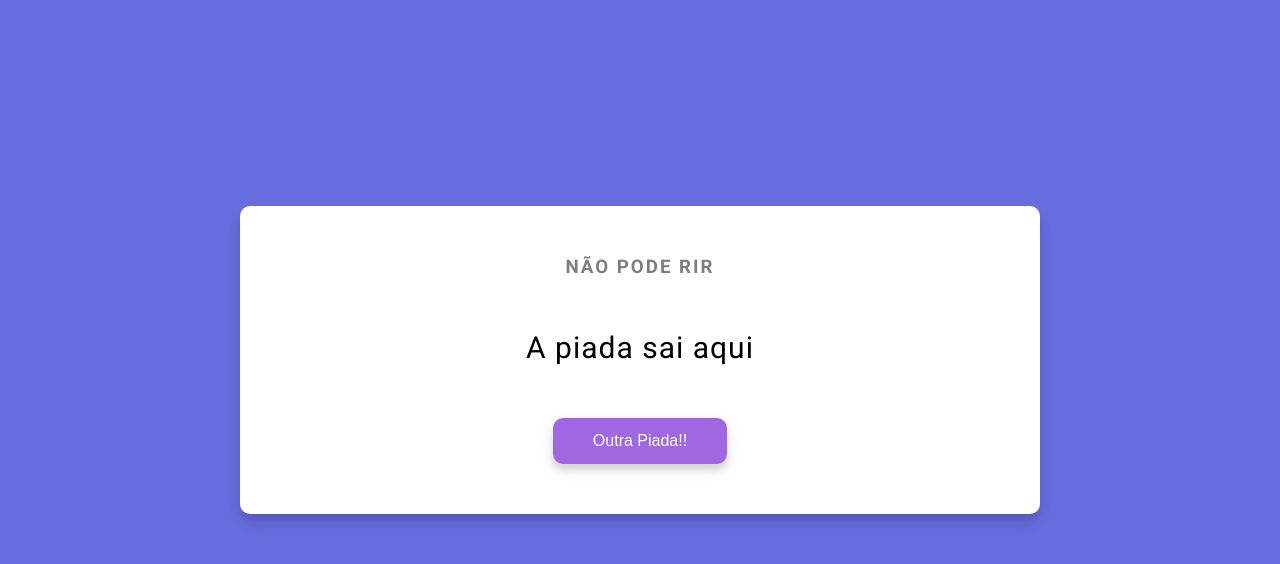
Repository: Williamlmachado/Dad-Jokes
Page: index.html
These files come from the project's save history. The page is drawn as it stood at one moment and after the next save; the edit follows.
The browser window is 1280 px wide. The pictures show the whole page.
The page's requests for data from a server got no answer.

Above is the page before, as saved 2021-08-21 13:30:00.

### index.html
<!DOCTYPE html>
<html lang="en">
    <head>
        <meta charset="UTF-8"/>
        <meta name="viewport" content="width=device-width, initial-scale=1.0"/>
        <link rel="stylesheet" href="style.css"/>
        <title>PIADAS</title>
    </head>
    <body>
        <div class="container">
            <h3>NÃO PODE RIR</h3>
            <div id="joke" class="joke">A piada sai aqui</div>
            <button id="jokeBtn" class="btn">Outra Piada!!</button>
        </div>
        <script src="script.js"></script>
    </body>
</html>

### style.css
@import url('https://fonts.googleapis.com/css2?family=Roboto:wght@400;700&display=swap');

* {
  box-sizing: border-box;
}

body {
  background-color: #686de0;
  font-family: 'Roboto', sans-serif;
  display: flex;
  flex-direction: column;
  align-items: center;
  justify-content: center;
  height: 100vh;
  overflow: hidden;
  margin: 0;
  padding: 20px;
}
.container {
    background-color: #fff;
    border-radius: 10px;
    box-shadow: 0 10px 20px rgba(0, 0, 0, 0.1), 0 6px 6px rgba(0, 0, 0, 0.1);
    padding: 50px 20px;
    text-align: center;
    max-width: 100%;
    width: 800px;
  }

  h3 {
    margin: 0;
    opacity: 0.5;
    letter-spacing: 2px;
  letter-spacing: 2px;
}
.joke {
    font-size: 30px;
    letter-spacing: 1px;
    line-height: 40px;
    margin: 50px auto;
    max-width: 600px;
  }

  .btn {
    background-color: #9f68e0;
    color: #fff;
    border: 0;
    border-radius: 10px;
    box-shadow: 0 5px 15px rgba(0, 0, 0, 0.1), 0 6px 6px rgba(0, 0, 0, 0.1);
    padding: 14px 40px;
    font-size: 16px;
    cursor: pointer;
  }
  .btn:active {
    transform: scale(0.98);
  }

  .btn:focus {
    outline: 0;
  }

### script.js
const jokeEl = document.getElementById('joke')
const jokeBtn = document.getElementById('jokeBtn')

generateJoke()

function generateJoke(){
    const config = {
            headers:{
                'Accept': 'aplication/jason'
            },
        }
    fetch('https://icanhazdadjoke.com/', config).then((res) => res.json()).then((data) => console.log(data))
}

After the next save:
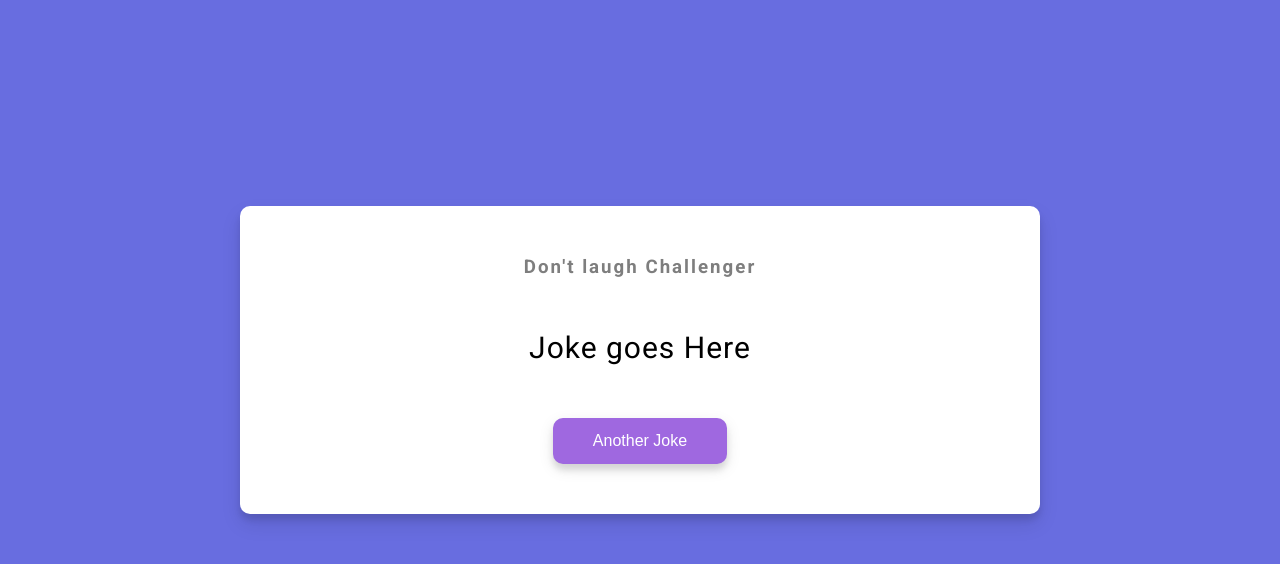
Saved 47 s later.
--- a/index.html
+++ b/index.html
@@ -4,13 +4,13 @@
         <meta charset="UTF-8"/>
         <meta name="viewport" content="width=device-width, initial-scale=1.0"/>
         <link rel="stylesheet" href="style.css"/>
-        <title>PIADAS</title>
+        <title>Dad Jokes</title>
     </head>
     <body>
         <div class="container">
-            <h3>NÃO PODE RIR</h3>
-            <div id="joke" class="joke">A piada sai aqui</div>
-            <button id="jokeBtn" class="btn">Outra Piada!!</button>
+            <h3>Don't laugh Challenger</h3>
+            <div id="joke" class="joke">Joke goes Here</div>
+            <button id="jokeBtn" class="btn">Another Joke</button>
         </div>
         <script src="script.js"></script>
     </body>
